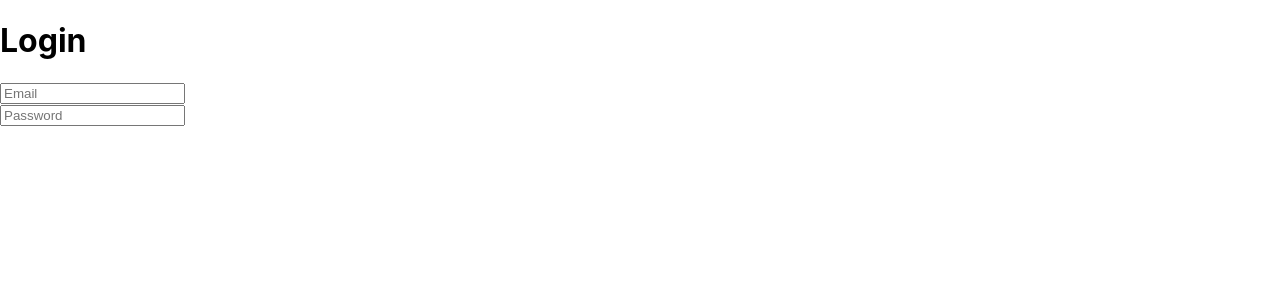
Repository: NikaMana/loft-taxi
Page: /
An editor plug-in stored every save of this project. The page is shown before and after the next save, followed by the edit.
The browser window is 1280 px wide. The pictures show the whole page.
The project was rebuilt for these pictures with package versions that can differ from the ones it lists, and the page was loaded fresh each time. Also part of the build but not shown: src/App.css, src/Map/Map.tsx, src/Profile/Profile.tsx, src/Nav/Nav.tsx.

Above is the page before, as saved 2019-10-28 18:36:50.

### src/App.tsx
import React from 'react';
import './App.css';
import Login from './Login';
import Map from './Map';
import Profile from './Profile';
import Nav from './Nav';

export interface AppProps {}

export interface AppState {}

class App extends React.Component<AppProps, AppState> {
  state = {
    path: 'login'
  }

  setPath = (path: string) => {
    this.setState({ path });
  };

  setComponent = () => {
    const { path } = this.state;
    switch (path) {
      case "map":
        return <Map />;
      case "profile":
        return <Profile />;

      default:
        return <Login />;
    }
  };

  render() {
    const { path } = this.state;
    return <div>
      {path !== "login" && <Nav setPath={this.setPath}></Nav>}
      <div>{this.setComponent()}</div>
    </div> ;
  }
}

export default App;

### src/Map/index.tsx
export {default} from './Map'

### src/Nav/index.tsx
export {default} from './Nav'

### src/Login/Login.tsx
import React from 'react';
import Nav from '../Nav';

export interface LoginProps {}

export interface LoginState {}

class Login extends React.Component<LoginProps, LoginState> {
  state = { }
  render() {
    const onSubmit = e => {
      e.preventDefault();
      setPage('profile')
    };

    return ( <div>
        <h1>Login</h1>
        <form onSubmit={onSubmit}>
          <div>
            <input type="email" name="email" label="email" placeholder="Email" />
          </div>
          <div>
            <input type="password" name="password" label="password" placeholder="Password" />
          </div>
        </form>
    </div> );
  }
}

export default Login;

Loaded but not shown: public/index.html (common file); src/index.tsx (common file); src/index.css (common file); src/serviceWorker.js (common file); src/Login/index.tsx (common file); src/Profile/index.tsx (common file)

After the next save:
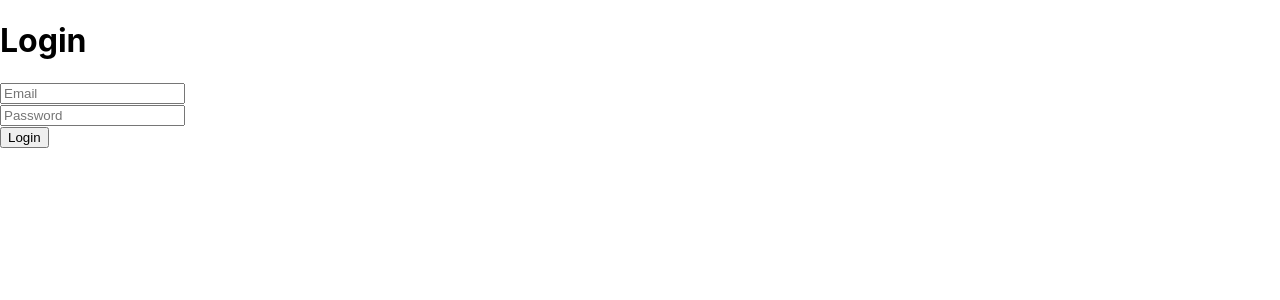
Saved 84 s later.
--- a/src/Login/Login.tsx
+++ b/src/Login/Login.tsx
@@ -22,6 +22,7 @@ class Login extends React.Component<LoginProps, LoginState> {
           <div>
             <input type="password" name="password" label="password" placeholder="Password" />
           </div>
+          <button>Login</button>
         </form>
     </div> );
   }
